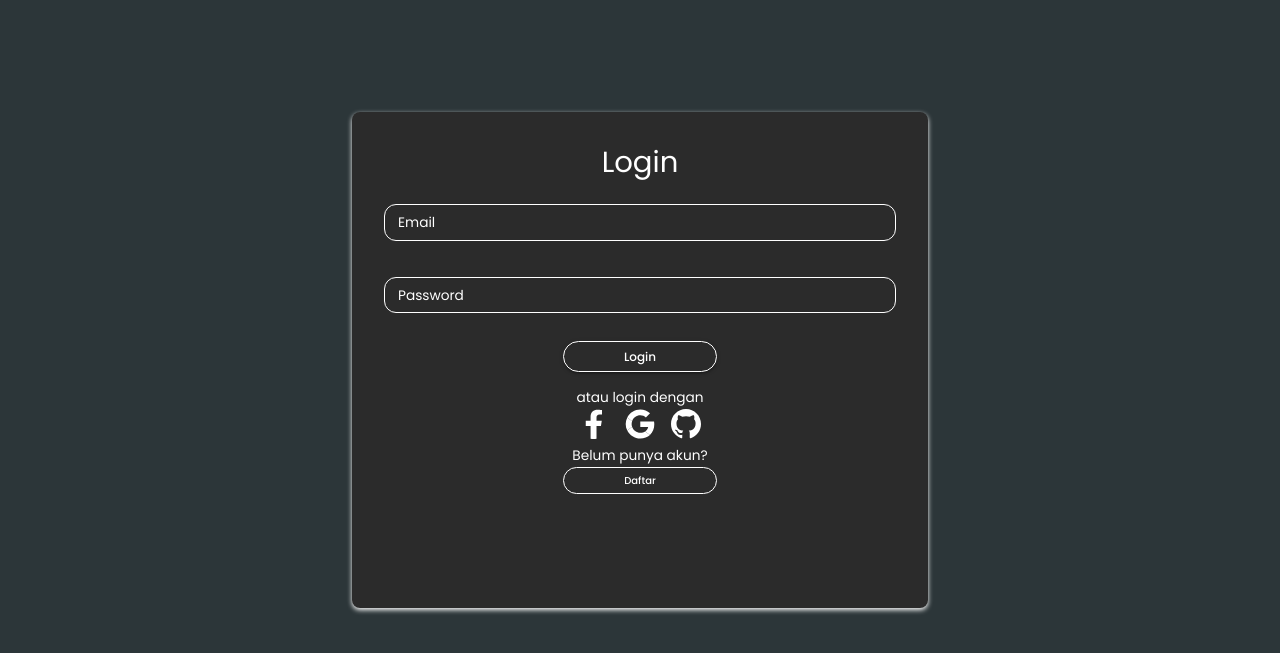
Repository: IzzaSuni/Izza-ToDo
Page: /login
These files come from the project's save history. The page is drawn as it stood at one moment and after the next save; the edit follows.
The browser window is 1280 px wide. The pictures show the whole page.
The project was rebuilt for these pictures with package versions that can differ from the ones it lists, and the page was loaded fresh each time. Also part of the build but not shown: src/App.css, src/services.js, src/utils/Query.js, src/utils/isLogin.js, src/components/List.js, src/components/Filter.js, src/components/ohayo.js, src/components/navbar.js and 2 more.

Above is the page before, as saved 2022-08-19 20:25:43.

### public/index.html
<!DOCTYPE html>
<html lang="en">
  <head>
    <meta charset="utf-8" />
    <link rel="icon" href="%PUBLIC_URL%/AKU.svg" />
    <meta name="viewport" content="width=device-width, initial-scale=1" />
    <meta name="theme-color" content="#000000" />
    <meta name="description" />
    <link rel="apple-touch-icon" href="%PUBLIC_URL%/logo192.png" />
    <!--
      manifest.json provides metadata used when your web app is installed on a
      user's mobile device or desktop. See https://developers.google.com/web/fundamentals/web-app-manifest/
    -->
    <link rel="manifest" href="%PUBLIC_URL%/manifest.json" />
    <!--
      Notice the use of %PUBLIC_URL% in the tags above.
      It will be replaced with the URL of the `public` folder during the build.
      Only files inside the `public` folder can be referenced from the HTML.

      Unlike "/favicon.ico" or "favicon.ico", "%PUBLIC_URL%/favicon.ico" will
      work correctly both with client-side routing and a non-root public URL.
      Learn how to configure a non-root public URL by running `npm run build`.
    -->
    <title>My Notes</title>
  </head>
  <body>
    <noscript>You need to enable JavaScript to run this app.</noscript>
    <div id="root"></div>
    <!--
      This HTML file is a template.
      If you open it directly in the browser, you will see an empty page.

      You can add webfonts, meta tags, or analytics to this file.
      The build step will place the bundled scripts into the <body> tag.

      To begin the development, run `npm start` or `yarn start`.
      To create a production bundle, use `npm run build` or `yarn build`.
    -->
  </body>
</html>

### src/index.js
import React from "react";
import ReactDOM from "react-dom/client";
import "./index.css";
import App from "./App";
import reportWebVitals from "./reportWebVitals";
import { ThemeProvider } from "@mui/material";
import Theme from "./utils/Theme";
const root = ReactDOM.createRoot(document.getElementById("root"));
root.render(
  <ThemeProvider theme={Theme}>
    <React.StrictMode>
      <App />
    </React.StrictMode>
  </ThemeProvider>
);

// If you want to start measuring performance in your app, pass a function
// to log results (for example: reportWebVitals(console.log))
// or send to an analytics endpoint. Learn more: https://bit.ly/CRA-vitals
reportWebVitals();

### src/index.css
@import url("https://fonts.googleapis.com/css2?family=Poppins:ital,wght@0,100;0,200;0,300;0,400;0,500;0,600;0,700;0,800;0,900;1,100;1,200;1,300;1,400;1,500;1,600;1,700;1,800;1,900&display=swap");
body {
  margin: 0;
  font-family: "Poppins", -apple-system, BlinkMacSystemFont, "Segoe UI",
    "Roboto", "Oxygen", "Ubuntu", "Cantarell", "Fira Sans", "Droid Sans",
    "Helvetica Neue", sans-serif;
  -webkit-font-smoothing: antialiased;
  -moz-osx-font-smoothing: grayscale;
  font-smooth: antialiased;
  box-sizing: border-box;
  background-color: #2c3639;
}
button[type="button"] {
  font-size: 10px;
}
svg {
  font-size: 16px !important;
}
code {
  font-family: source-code-pro, Menlo, Monaco, Consolas, "Courier New",
    monospace;
}
#cok:focus-within {
  box-shadow: 0px 1px 0px rgba(0, 0, 0, 0.555);
  transition: all 0.2s;
}
#cok,
#edit {
  box-shadow: 0px;
  transition: all 0.6s;
}
input {
  color: white !important;
  font-family: poppins;
}
textarea {
  color: white !important;
  font-family: poppins;
}
input:-webkit-autofill,
input:-webkit-autofill:hover,
input:-webkit-autofill:focus,
input:-webkit-autofill:active {
  -webkit-box-shadow: 0 0 0 30px #e7f6f2 inset !important;
  box-shadow: 0 0 0 30px #e7f6f2 inset !important;
}
input:disabled {
  -webkit-text-fill-color: black !important;
}
textarea:disabled {
  -webkit-text-fill-color: black !important;
}
#edit:focus-visible {
  box-shadow: 0px 1px 0px rgba(0, 0, 0, 0.555);
  transition: all 0.2s;
}
input#searchBar {
  padding: 4px 8px;
}

.grid {
  display: grid;
  gap: 10px;
  grid-template-columns: repeat(auto-fill, minmax(120px, 1fr));
  grid-template-rows: masonry;
}

.my-masonry-grid {
  display: -webkit-box; /* Not needed if autoprefixing */
  display: -ms-flexbox; /* Not needed if autoprefixing */
  display: flex;
  width: auto;
}
.my-masonry-grid_column {
  /* padding-left: 5px; gutter size */
  background-clip: padding-box;
}

/* Style your items */
.my-masonry-grid_column > div {
  /* change div to reference your elements you put in <Masonry> */
  margin-bottom: 10px;
}

::-webkit-scrollbar {
  width: 6px;
  height: 2px;
}

::-webkit-scrollbar-track {
  box-shadow: inset 0 0 10px transparent;
  border-radius: 10px;
}

/* Handle */
::-webkit-scrollbar-thumb {
  border: 2px solid rgba(0, 0, 0, 0);
  background-clip: padding-box;
  border-radius: 10px;
  background-color: #303030;
}

.shadow {
  box-shadow: 0px 2px 5px white;
}
.MuiPopover-paper {
  background: #2b2b2b !important;
  box-shadow: 0px 2px 5px white !important;
}

/* responsive=============================================================================== */
#mainContainer {
  display: block;
  height: 100vh;
}
@media (max-width: 900px) {
  #mainForm {
    display: none;
  }
  #ohayoSmall {
    text-align: center;
    position: sticky;
    width: 100vw;
  }
  #ohayoBig {
    display: none;
  }

  #listForm {
    width: 100%;
  }
  #buttonAddNotes {
    position: sticky;
    bottom: 0;
    width: 100vw;
    height: 52px !important;
    text-align: center;
    border-radius: 16px 16px 0 0;
  }
}
@media (min-width: 900px) {
  #buttonAddNotes {
    display: none;
  }
  #mainContainer {
    display: block;
  }
  #ohayoSmall {
    display: none;
  }
}

#loginButton:hover {
  background: transparent !important;
}

### src/App.js
import "./App.css";
import Layout from "./components/Layout";
import MainPage from "./components/MainPage";
import { BrowserRouter as Router, Switch, Route } from "react-router-dom";
import Login from "./components/Login";
import CreateAccount from "./components/CreateAccount";

function App({}) {
  return (
    <div className="App">
      <Router>
        <Switch>
          <Route exact path="/publicNote">
            <Layout>
              <MainPage />
            </Layout>
          </Route>
          <Route path={"/login"}>
            <Layout>
              <Login />
            </Layout>
          </Route>
          <Route path={"/signUp"}>
            <Layout>
              <CreateAccount />
            </Layout>
          </Route>
          <Route exact path={"/publicNote/Private"}>
            <Layout>
              <MainPage />
            </Layout>
          </Route>
          <Route path="*">
            <main style={{ padding: "1rem" }}>
              <p>There's nothing here!</p>
            </main>
          </Route>
        </Switch>
      </Router>
    </div>
  );
}

export default App;

### src/utils/Theme.js
import { green } from "@mui/material/colors";
import { createTheme, ThemeProvider } from "@mui/material/styles";

export const background = "#FCE7E7";
export const Black = "#303030";
export const Green = "#E7F634";
export const Disable = "#97A8A8";

export const Screensize = {
  mobile: 0,
  tablet: 900,
  laptop: 1350,
  desktop: 1700,
};

export const colors = {
  background,
  Black,
  Green,
  Disable,
};
export const theme = createTheme({
  breakpoints: {
    values: {
      mobile: 0,
      tablet: 900,
      laptop: 1350,
      desktop: 1700,
    },
  },
  typography: {
    fontFamily: "Poppins",
    fontSize: 12,
    allVariants: {
      color: "white ",
    },
  },
  components: {
    MuiButton: {
      styleOverrides: {
        root: {
          textTransform: "none",
          fontFamily: "Poppins !important",
        },
      },
    },
  },
});

export default theme;

### src/components/Layout.js
import { Box } from "@mui/material";

const Layout = ({ children }) => {
  return (
    <Box
      height={"100vh"}
      width={`calc("100vw - 32px")`}
      display={"flex"}
      alignItems={"center "}
    >
      {children}
    </Box>
  );
};
export default Layout;

### src/components/Login.js
import { Box, Typography } from "@mui/material";
import { makeStyles } from "@mui/styles";
import { useState } from "react";
import { UseDoLogIn } from "../services";
import Input from "./Input";
import { getAuth, signInWithEmailAndPassword } from "firebase/auth";
import { getFirestore } from "firebase/firestore";
import Cookies from "universal-cookie";
import { useHistory } from "react-router-dom";
import Img from "./Img";

const firebaseConfig = {
  apiKey: "AIzaSyAjZX0rIvNdmRXab8sDlkjihku_Bh4y0jg",
  authDomain: "notes-9e77e.firebaseapp.com",
  projectId: "notes-9e77e",
  storageBucket: "notes-9e77e.appspot.com",
  messagingSenderId: "518427613842",
  appId: "1:518427613842:web:af718e1b48a3b7972be44b",
  measurementId: "G-4QZVSNXS15",
};

const useStyles = makeStyles({
  card: {
    height: "60vh",
    width: "40vw",
    background: "#2B2B2B",
    borderRadius: "8px",
    padding: "32px",
  },
  container: {
    height: "100vh",
    width: "100vw",
    display: "flex",
    justifyContent: "center",
    alignItems: "center",
  },
});

export default function Login(prop) {
  const history = useHistory();
  const classes = useStyles();
  const [msg, setMsg] = useState({ type: "", msg: "" });
  const [loading, setLoading] = useState(false);
  const db = getFirestore();
  const auth = getAuth();

  //check if signed

  const signed = prop.signed;
  if (!signed) {
    localStorage.clear();
  } else {
    history.push("/publicNote");
  }

  //generateErr
  const generateErrEmail = (content, type) => {
    if (type === "email") {
      if (content.length === 0) return " ";
      else if (content[content.indexOf("@") + 1] === undefined)
        return "format e-mail salah";
      else if (content.length > 0 && content.indexOf("@") === -1)
        return "format e-mail salah";
      else return " ";
    } else {
      if (content.length === 0) return "";
      if (content.length > 0 && content.length < 6)
        return "minimal password 8 karakter";
      else return " ";
    }
  };

  //handleSubmit
  const submit = (e) => {
    setLoading(true);
    e.preventDefault();
    const email = e.target[0].value;
    const password = e.target[2].value;
    signInWithEmailAndPassword(auth, email, password)
      .then((e) => {
        const cookies = new Cookies();
        cookies.set("akikToken", e._tokenResponse.idToken, {
          path: "/",
          maxAge: 43200,
        });
        setMsg({ type: "success", msg: "berhasil login" });
        setLoading(false);
        history.push(`/publicNote/Private?user=${e.user.displayName}`);
      })
      .catch((err) => {
        if (err.code === "auth/wrong-password")
          setMsg({ msg: "Maaf email atau password salah 👀", type: "error" });
        if (err.code === "auth/user-not-found")
          setMsg({ msg: "Maaf user tidak ditemukan 👀", type: "error" });
        setLoading(false);
        return err;
      });
  };

  //handleChangeE
  const handleChangeE = (e) => {
    const helperE = document.getElementById("helperEmail");
    const msg = generateErrEmail(e.target.value, "email");
    if (msg === "e-mail sesuai format") helperE.style.color = "green";
    else {
      helperE.style.color = "yellow ";
    }
    helperE.innerHTML = msg;
  };

  //handleChangeE
  const handleChangeU = (e) => {
    const helperE = document.getElementById("helperEmail");
    const msg = generateErrEmail(e.target.value, "email");
    if (msg === "e-mail sesuai format") helperE.style.color = "green";
    else {
      helperE.style.color = "yellow ";
    }
    helperE.innerHTML = msg;
  };

  //handleChangeP
  const handleChangeP = (e) => {
    const helperP = document.getElementById("helperPass");
    const msg = generateErrEmail(e.target.value, "pass");
    if (msg === "sukses") helperP.style.color = "green";
    else {
      helperP.style.color = "yellow ";
    }
    helperP.innerHTML = msg;
  };

  //return
  return (
    <Box className={classes.container}>
      <Box className={`${classes.card} shadow`}>
        <Typography textAlign="center" variant={"h4"}>
          Login
        </Typography>
        <Box marginY={3}>
          <form onSubmit={submit}>
            <Box>
              <Input
                type="email"
                label={"Email"}
                inputType="text"
                hdlChange={handleChangeE}
              />
              <Box height={"12px"} mt={1} pl="14px">
                <Typography id="helperEmail"></Typography>
              </Box>
            </Box>

            <Box mt={2}>
              <Input
                type="email"
                label="Password"
                inputType={"password"}
                hdlChange={handleChangeP}
              />
              <Box height={"12px"} my={1} pl="14px">
                <Typography id="helperPass" />
              </Box>
            </Box>
            <Box display="flex" justifyContent={"center"} pb={2}>
              <Input
                type={"buttonLoading"}
                loading={loading}
                className={{ width: "30%" }}
              >
                Login
              </Input>
            </Box>
            <Box>
              <Typography textAlign={"center"}>atau login dengan</Typography>
            </Box>
            <Box display="inline-flex" justifyContent={"center"} width='100%' >
              <Img src="/facebook.svg" px={"8px"} />
              <Img src="/google.svg" px={"8px"} />
              <Img src="/Github.svg" px={"8px"} />
            </Box>
            <Typography textAlign={"center"}>Belum punya akun?</Typography>
            <Box display="flex" justifyContent={"center"}>
              <Input
                type={"buttonCustom"}
                loading={loading}
                className={{ width: "30%" }}
              >
                Daftar
              </Input>
            </Box>
          </form>
        </Box>
        <Typography textAlign="center">{msg.msg}</Typography>
      </Box>
    </Box>
  );
}

### src/components/Img.js
import { Box } from "@mui/system";

const Img = ({ width = "30px", height = "30px", src,px }) => {
  return (
    <Box>
      <img
        src={process.env.PUBLIC_URL + src}
        style={{ height: height, width: width, padding: `0 ${px}` }}
        alt={src}
      />
    </Box>
  );
};

export default Img;

Loaded but not shown: src/reportWebVitals.js (common file); src/components/Input.js (340 lines, source omitted)

After the next save:
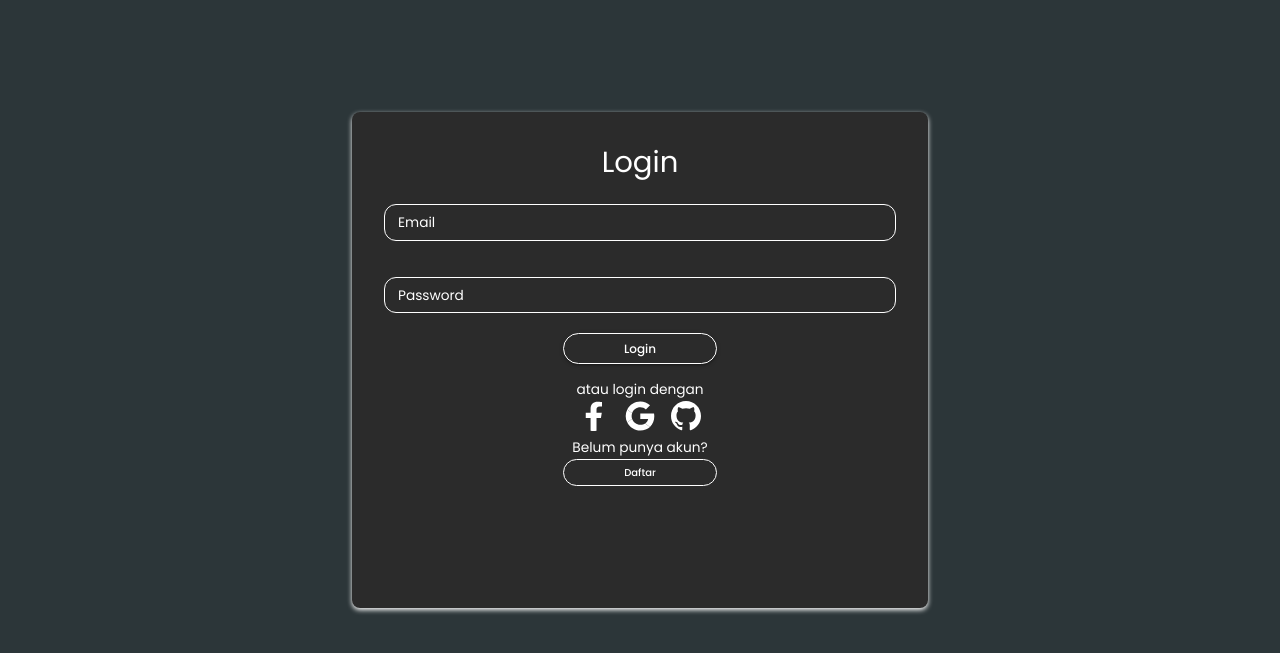
Saved 7 s later.
--- a/src/components/Login.js
+++ b/src/components/Login.js
@@ -158,7 +158,7 @@
                 inputType={"password"}
                 hdlChange={handleChangeP}
               />
-              <Box height={"12px"} my={1} pl="14px">
+              <Box height={"12px"} mt={1} pl="14px">
                 <Typography id="helperPass" />
               </Box>
             </Box>

After the save that followed:
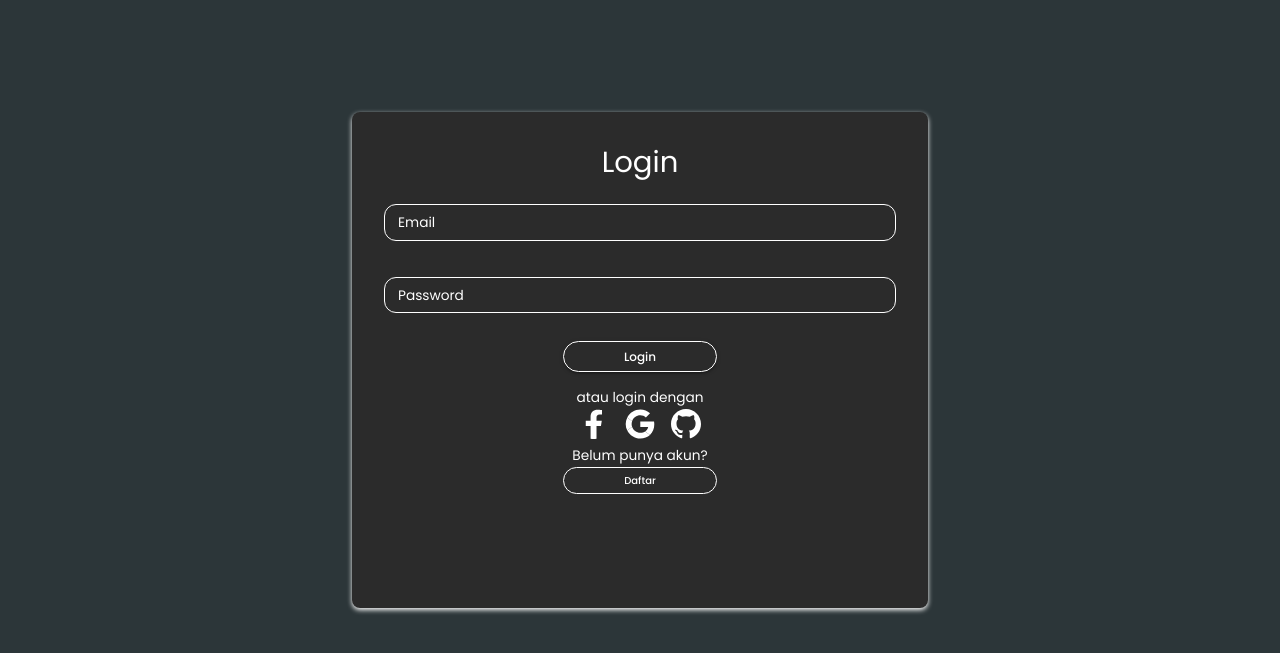
Saved 6 s later.
--- a/src/components/Login.js
+++ b/src/components/Login.js
@@ -158,7 +158,7 @@
                 inputType={"password"}
                 hdlChange={handleChangeP}
               />
-              <Box height={"12px"} mt={1} pl="14px">
+              <Box height={"12px"} my={1} pl="14px">
                 <Typography id="helperPass" />
               </Box>
             </Box>
